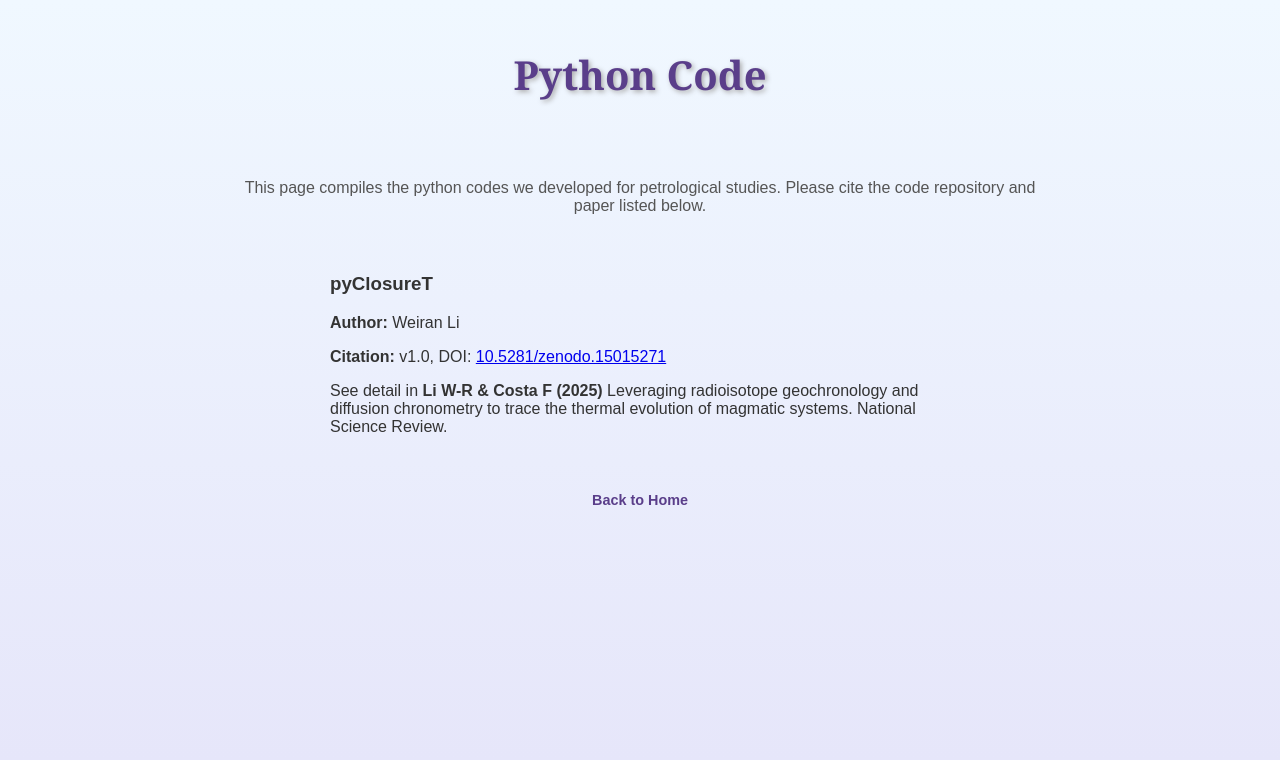
Repository: Abyss2019/home_page
Page: python-code/index.html
These files come from the project's save history. The page is drawn as it stood at one moment and after a run of saves; the edit follows.
The browser window is 1280 px wide. The pictures show the whole page.

Above is the page before, as saved 2025-04-06 10:15:43.

### python-code/index.html
<!DOCTYPE html>
<html lang="en">
<head>
  <meta charset="UTF-8">
  <meta name="viewport" content="width=device-width, initial-scale=1.0">
  <title>Python Code - VROCKLAB</title>
  <style>
    body {
      font-family: Arial, sans-serif;
      margin: 0;
      padding: 0;
      background: linear-gradient(to bottom, #f0f8ff, #e6e6fa);
      color: #333;
      display: flex;
      flex-direction: column;
      align-items: center;
      padding: 20px;
      min-height: 100vh;
    }

    header {
      text-align: center;
      margin-bottom: 30px;
    }

    header h1 {
      font-size: 2.5em;
      font-family: 'Georgia', serif;
      text-shadow: 2px 2px 5px #aaa;
      color: #5a3e8a;
    }

    header h2 {
      font-size: 1.2em;
      margin-top: 5px;
      color: #555;
    }

    .intro, .content {
      font-size: 1em;
      margin: 20px 0;
      text-align: center;
      color: #555;
      max-width: 800px;
    }

    .citation-container {
      display: flex;
      flex-direction: column;
      align-items: center;
      margin-top: 20px;
      width: 50%;
    }



    footer {
      margin-top: 40px;
      font-size: 0.9em;
      color: #666;
      text-align: center;
    }

    footer a {
      color: #5a3e8a;
      text-decoration: none;
      font-weight: bold;
    }

    footer a:hover {
      text-decoration: underline;
    }
  </style>
</head>
<body>
  <header>
    <h1>Python Code</h1>
    <!-- <h2>Compiled Python Codes for Petrological Studies</h2> -->
  </header>

  <div class="intro">
    This page compiles the python codes we developed for petrological studies. Please cite the code repository and paper listed below.
  </div>


  <div class="citation-container">
  <div class="citation-card">
    <h3>pyClosureT</h3>
    <p><strong>Author:</strong> Weiran Li</p>
    <p><strong>Citation:</strong> v1.0, DOI: <a href="https://doi.org/10.5281/zenodo.15015271" target="_blank">10.5281/zenodo.15015271</a></p>
    <p>See detail in <strong>Li W-R &amp; Costa F (2025)</strong> Leveraging radioisotope geochronology and diffusion chronometry to trace the thermal evolution of magmatic systems. National Science Review.</p>
  </div>
  <!-- 以后可以在这里添加更多引用卡片 -->
  <!--
  <div class="citation-card">
    <h3>其他引用标题</h3>
    <p><strong>Author:</strong> ...</p>
    <p><strong>Citation:</strong> ...</p>
    <p>...</p>
  </div>
  -->
  </div>

  <footer>
    <a href="https://vrocklab.hku.hk/">Back to Home</a>
  </footer>
</body>
</html>

After the next 2 saves:
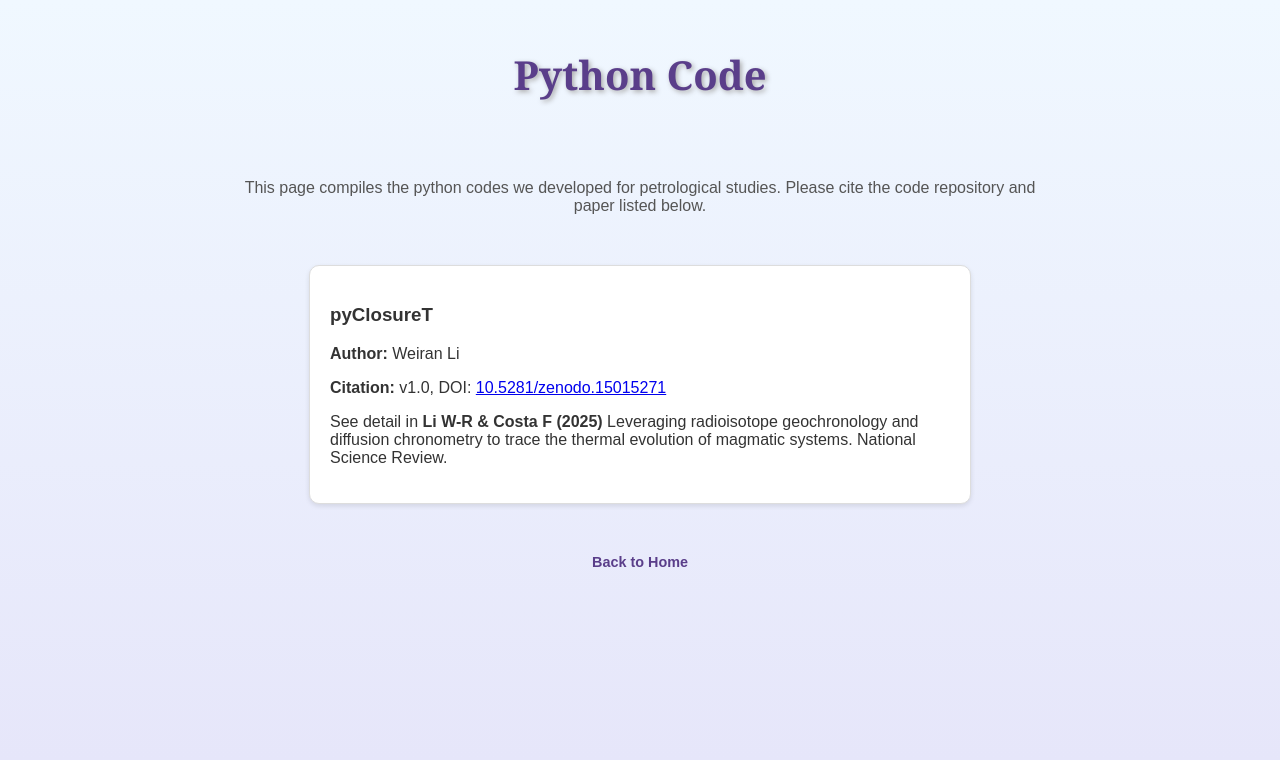
The 2 saves are shown as one change because they came seconds apart.
The last was saved 29 s later.
--- a/python-code/index.html
+++ b/python-code/index.html
@@ -50,6 +50,16 @@
       align-items: center;
       margin-top: 20px;
       width: 50%;
+    }
+
+    .citation-card {
+      background-color: #fff;
+      border: 1px solid #ddd;
+      border-radius: 10px;
+      padding: 20px;
+      margin: 10px 0;
+      width: 100%;
+      box-shadow: 0 2px 5px rgba(0, 0, 0, 0.1);
     }
 
 
